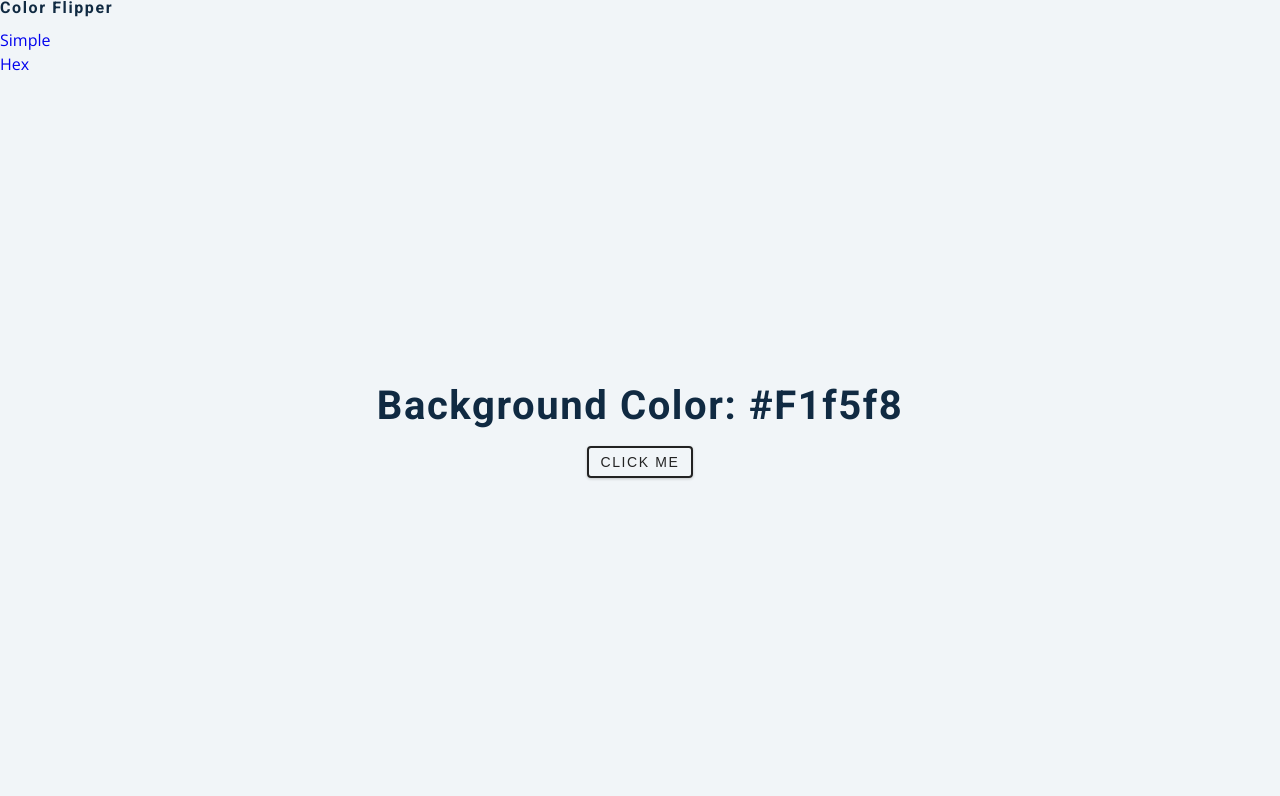
Repository: mosesvk/javascript-basic-projects
Page: 01-color-flipper/setup/index.html
An editor plug-in stored every save of this project. The page is shown before and after the next save, followed by the edit.
The browser window is 1280 px wide. The pictures show the whole page.
After loading, the first visible `#btn` was clicked once.

Above is the page before, as saved 2023-08-24 17:19:01.

After the next save:
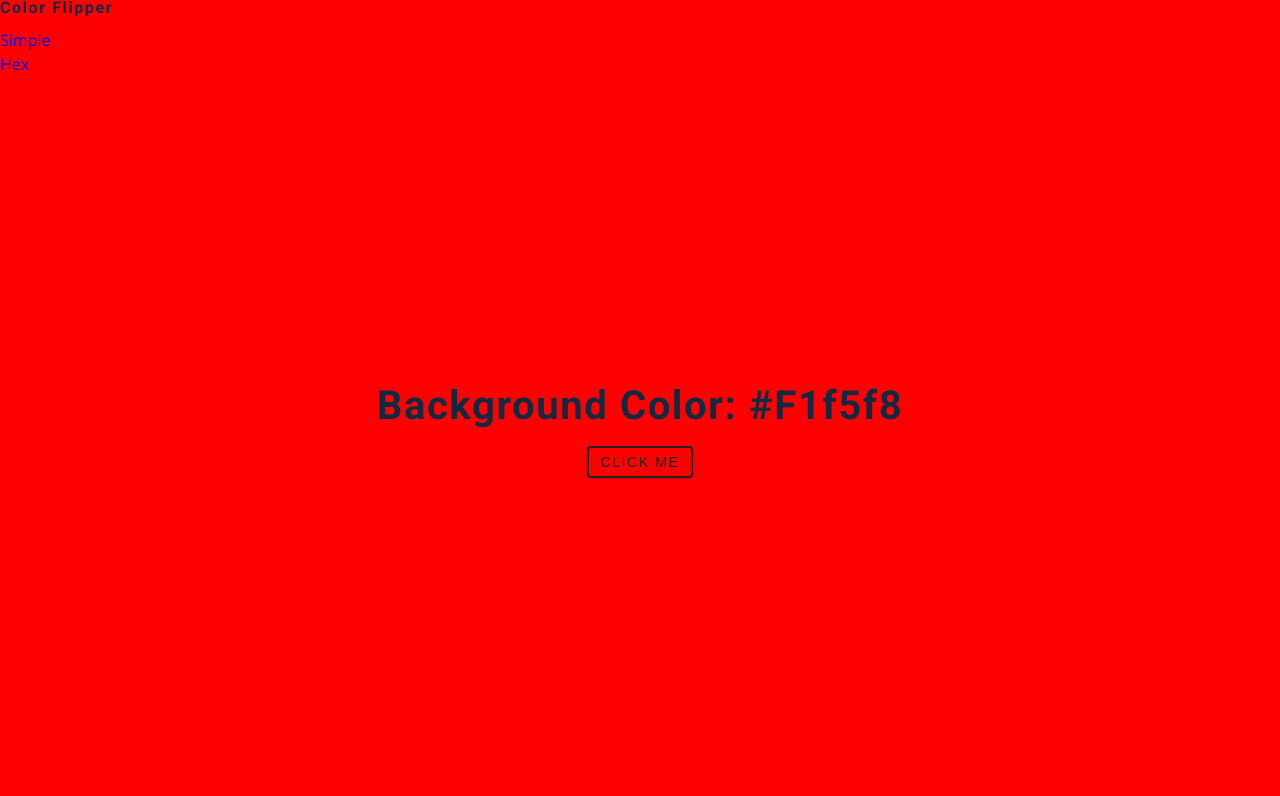
Console error: ReferenceError: backgroundColor is not defined
Saved 24 s later.
--- a/01-color-flipper/setup/app.js
+++ b/01-color-flipper/setup/app.js
@@ -7,7 +7,7 @@ btn.addEventListener('click', () => {
     // get random number between 0-3
     const randNum = Math.round(Math.random() * 3)
     const bgColor = colors[randNum]
-    let backgroundColor = document.body.style.backgroundColor
+    document.body.style.backgroundColor = bgColor
 
     console.log(bgColor, backgroundColor)
 
